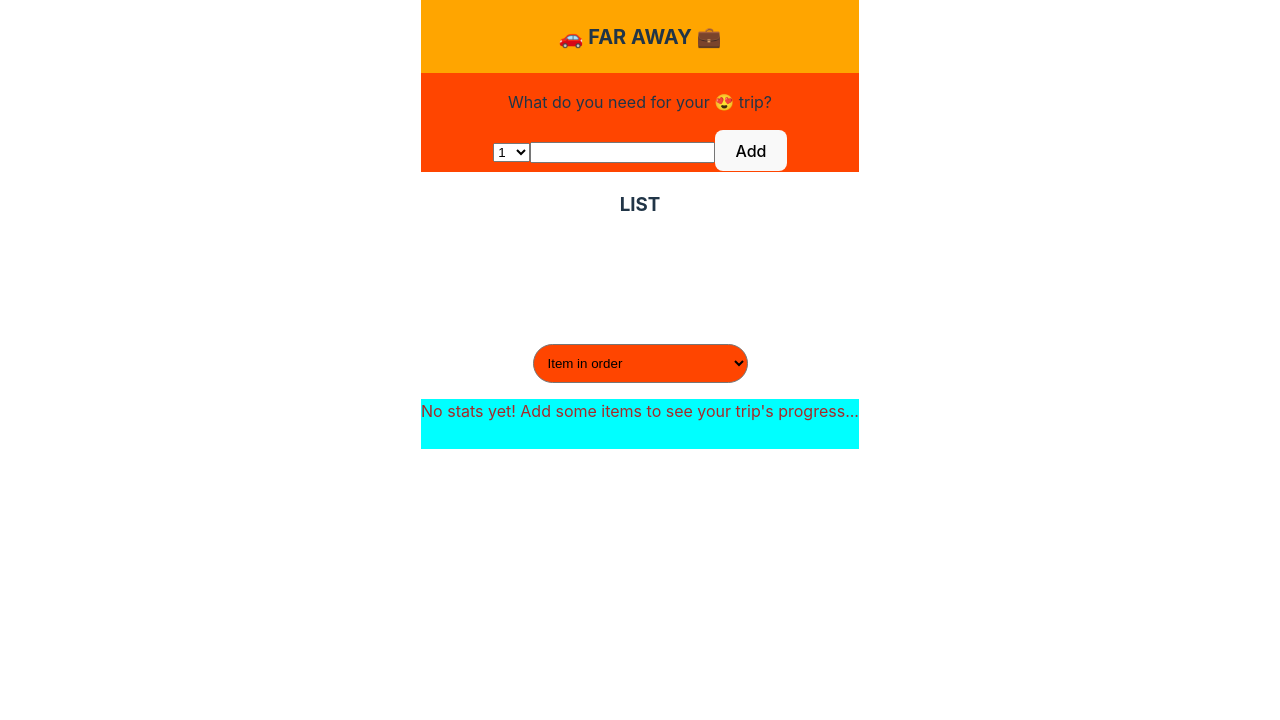
Repository: Celebration-cloud/Trip-Add-To-List
Page: /
The author's editor kept a copy of each file at every save. The page is drawn from the files as they stood at one save, then again after a run of saves.
The browser window is 1280 px wide. The pictures show the whole page.
The project was rebuilt for these pictures with package versions that can differ from the ones it lists, and the page was loaded fresh each time. Also part of the build but not shown: vite.config.js.

Above is the page before, as saved 2023-10-29 17:25:58.

After the next 3 saves:
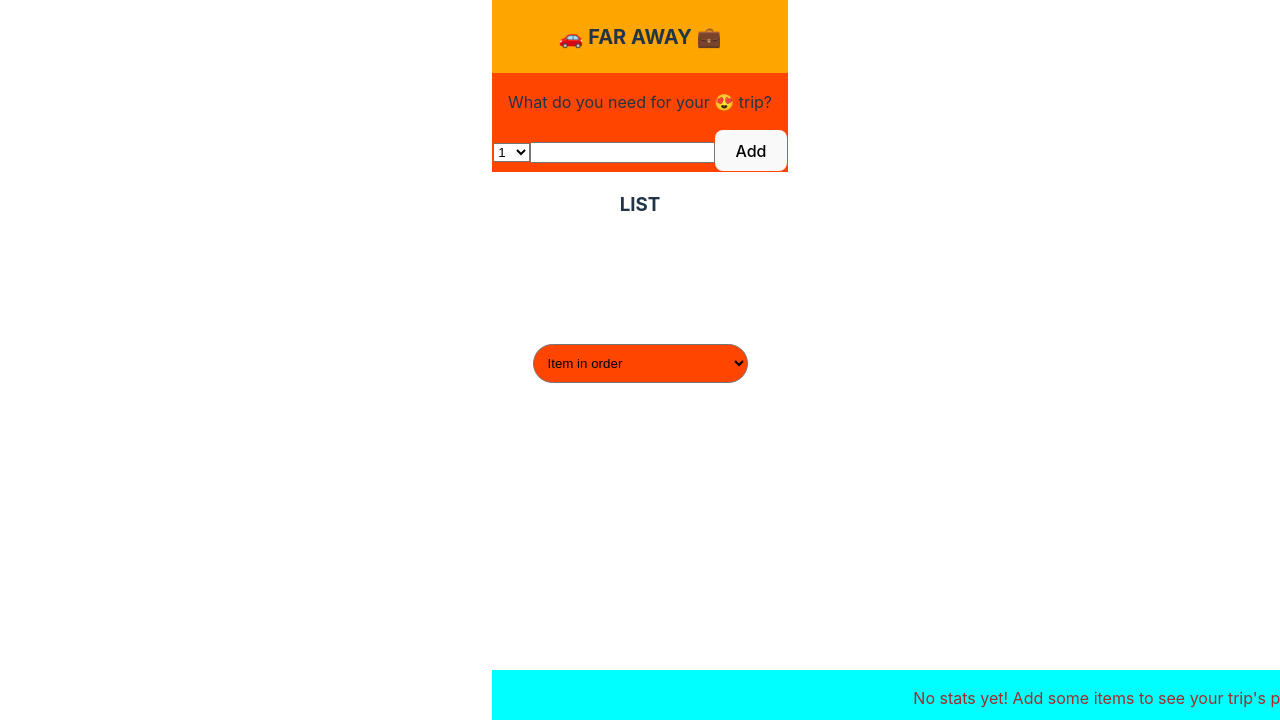
The 3 saves are shown as one change because they came seconds apart.
The last was saved 57 s later.
--- a/src/Trip-List/TripList.css
+++ b/src/Trip-List/TripList.css
@@ -4,7 +4,7 @@
             height: "30px",
             width: "100%", */
 .static{
-    position: relative;
+    position: fixed;
     background-color: aqua;
     color: brown;
     height: 50px;

After the 2 saves that followed:
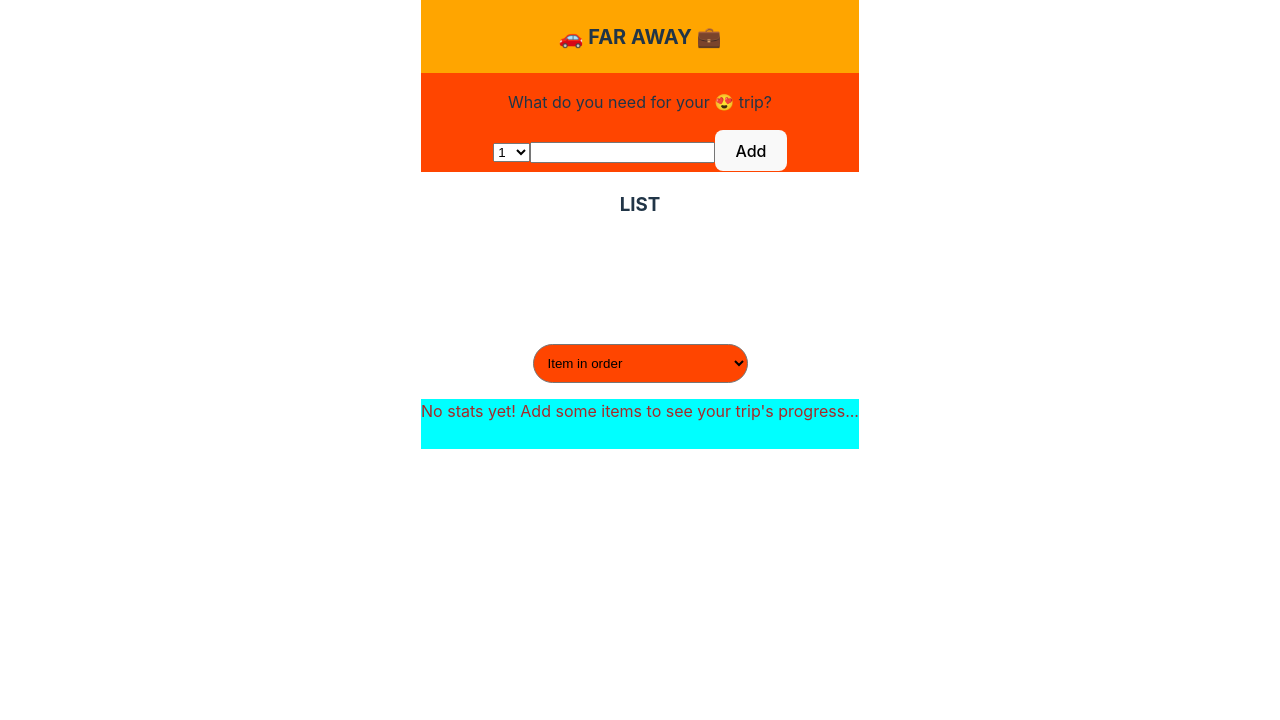
The 2 saves are shown as one change because they came seconds apart.
The last was saved 17 s later.
--- a/src/Trip-List/TripList.css
+++ b/src/Trip-List/TripList.css
@@ -4,7 +4,7 @@
             height: "30px",
             width: "100%", */
 .static{
-    position: fixed;
+    position: fixed absolute;
     background-color: aqua;
     color: brown;
     height: 50px;
